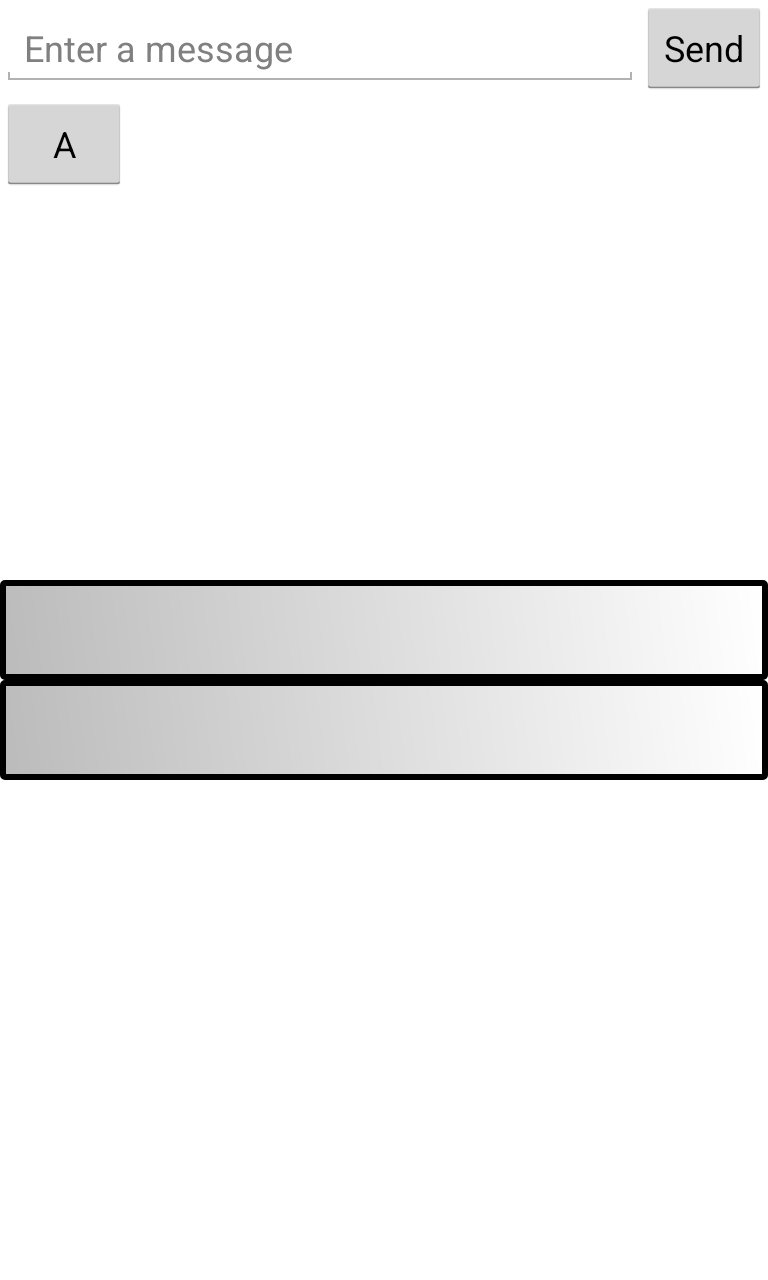
Repository: Jwonsever/AndroidPiano
Layout: HelloWorld/res/layout/activity_main.xml
The author's editor kept a copy of each file at every save. The layout is drawn from the files as they stood at one save, then again after the next save.
It is drawn on a 768 x 1280 px phone screen (xhdpi) without system bars, with theme AppTheme; the app's code is not run.

Above is the layout before, as saved 2013-11-08 03:59:31.

### HelloWorld/res/layout/activity_main.xml
<?xml version="1.0" encoding="utf-8"?>
<RelativeLayout xmlns:android="http://schemas.android.com/apk/res/android"
    xmlns:tools="http://schemas.android.com/tools"
    android:layout_width="match_parent"
    android:layout_height="match_parent"
    android:orientation="horizontal" >

    <Button
        android:id="@+id/button1"
        android:layout_width="wrap_content"
        android:layout_height="wrap_content"
        android:layout_alignParentRight="true"
        android:layout_alignParentTop="true"
        android:onClick="sendMessage"
        android:text="@string/button_send" />

    <EditText
        android:id="@+id/edit_message"
        android:layout_width="wrap_content"
        android:layout_height="wrap_content"
        android:layout_alignBaseline="@+id/button1"
        android:layout_alignBottom="@+id/button1"
        android:layout_alignParentLeft="true"
        android:layout_toLeftOf="@+id/button1"
        android:ems="10"
        android:hint="@string/edit_message" />

    <Button
        android:id="@+id/a_note"
        android:onClick="playAnote"
        android:layout_width="wrap_content"
        android:layout_height="wrap_content"
        android:layout_alignParentLeft="true"
        android:layout_below="@+id/button1"
        android:text="@string/a_note" />

    <RelativeLayout
        android:id="@+id/piano_keys"
        android:layout_width="100dp"
        android:layout_height="350dp"
        android:layout_alignParentBottom="true"
        android:layout_alignParentLeft="true"
        android:layout_alignParentRight="true"
        android:orientation="horizontal" >

   		 <LinearLayout
   		     android:id="@+id/piano_key_d"
   		     android:layout_width="match_parent"
   		     android:layout_height="50dp"
   		     android:layout_alignParentLeft="true"
   		     android:layout_alignParentRight="true"
   		     android:background="@drawable/piano_key"
   		     android:orientation="horizontal" >

    	</LinearLayout>

		<LinearLayout
		    android:id="@+id/piano_key_c"
		    android:layout_width="match_parent"
		    android:layout_height="50dp"
		    android:layout_alignParentLeft="true"
		    android:layout_alignParentRight="true"
		    android:layout_marginTop="50dp"
		    android:background="@drawable/piano_key"
		    android:orientation="horizontal" >

		</LinearLayout>

    </RelativeLayout>

</RelativeLayout>

### HelloWorld/res/values/strings.xml
<?xml version="1.0" encoding="utf-8"?>
<resources>

    <string name="app_name">Hello World</string>
    <string name="action_settings">Settings</string>
    <string name="hello_world">Hello world!</string>
    <string name="edit_message">Enter a message</string>
    <string name="title_activity_main">MainActivity</string>
    <string name="button_send">Send</string>
    <string name="a_note">A</string>
    <string name="title_activity_display_message">My Message</string>

</resources>

### HelloWorld/res/drawable/piano_key.xml
<?xml version="1.0" encoding="utf-8"?>
<shape xmlns:android="http://schemas.android.com/apk/res/android" >

    <gradient
        android:angle="45"
        android:endColor="#FFFFFF"
        android:startColor="#BBBBBB" />

    <corners
        android:bottomLeftRadius="1dp"
        android:bottomRightRadius="1dp"
        android:topLeftRadius="1dp"
        android:topRightRadius="1dp" >

    </corners>
  	<stroke
        android:width="3dip"
        android:color="@android:color/black" />
</shape>

Loaded but not shown: HelloWorld/res/values/styles.xml (common file); HelloWorld/res/values-v11/styles.xml (common file); HelloWorld/res/values-v14/styles.xml (common file)

After the next save:
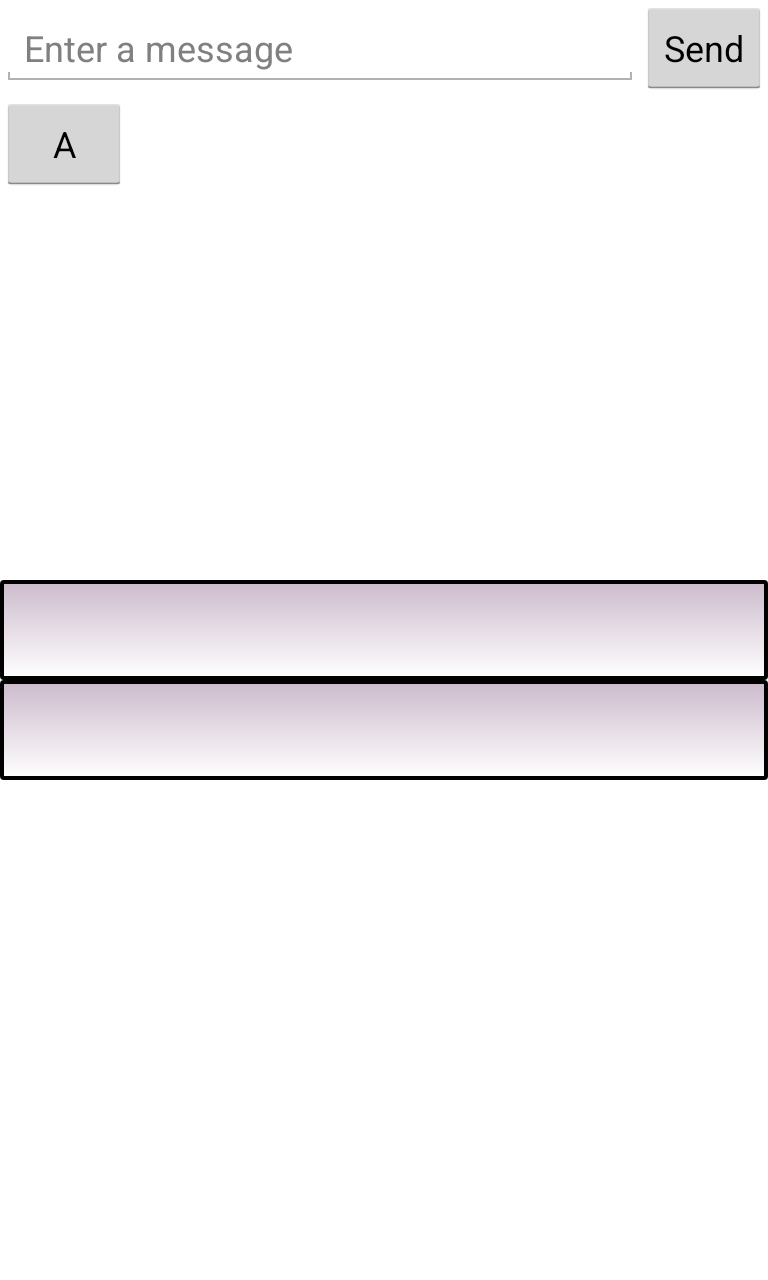
Saved 107 s later.
--- a/HelloWorld/res/drawable/piano_key.xml
+++ b/HelloWorld/res/drawable/piano_key.xml
@@ -2,9 +2,9 @@
 <shape xmlns:android="http://schemas.android.com/apk/res/android" >
 
     <gradient
-        android:angle="45"
+        android:angle="215"
         android:endColor="#FFFFFF"
-        android:startColor="#BBBBBB" />
+        android:startColor="#CCBBCC" />
 
     <corners
         android:bottomLeftRadius="1dp"
@@ -14,6 +14,6 @@
 
     </corners>
   	<stroke
-        android:width="3dip"
+        android:width="2dip"
         android:color="@android:color/black" />
 </shape>
